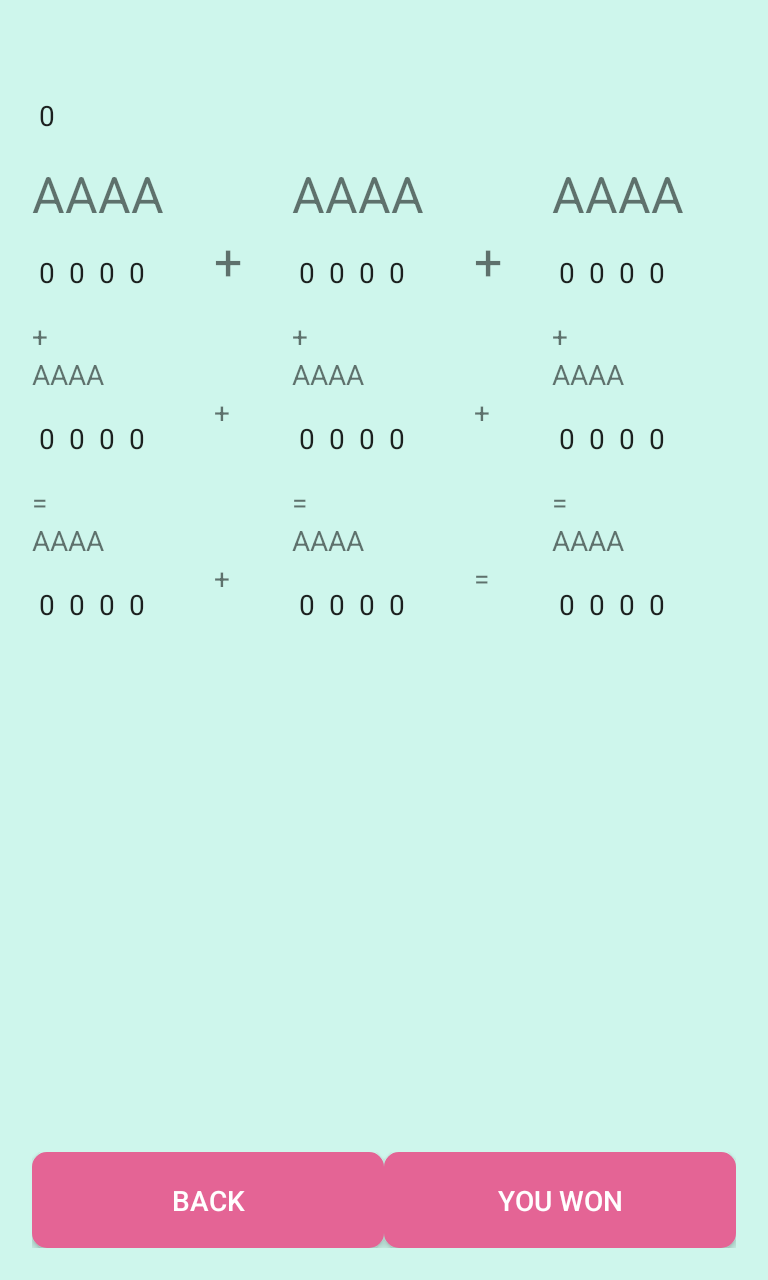
Repository: jelleswester/Breinbreker
Layout: Breinbreker/res/layout/activity_game_play.xml
An editor plug-in stored every save of this project. The layout is shown before and after the next save, followed by the edit.
It is drawn on a 768 x 1280 px phone screen (xhdpi) without system bars, with theme AppTheme; the app's code is not run.

Above is the layout before, as saved 2015-01-23 09:10:01.

After the next save:
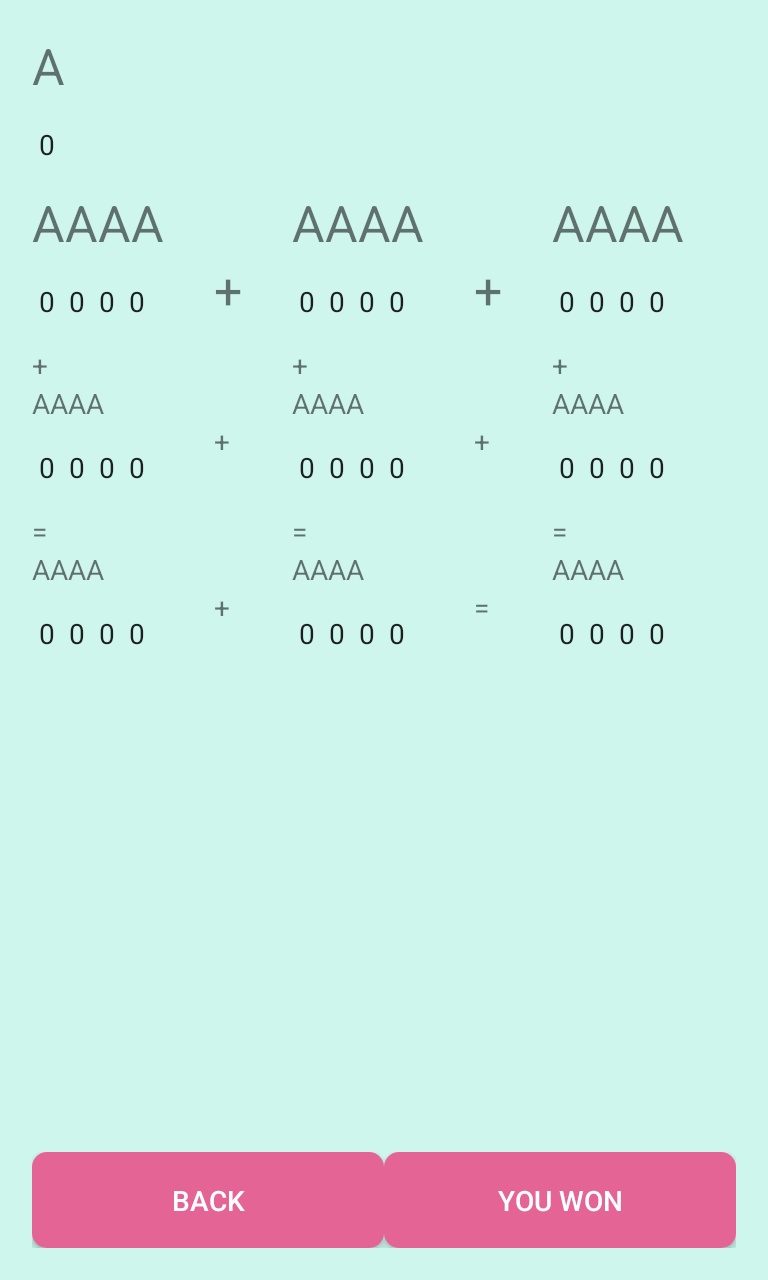
Saved 25 s later.
--- a/Breinbreker/res/layout/activity_game_play.xml
+++ b/Breinbreker/res/layout/activity_game_play.xml
@@ -23,7 +23,9 @@
 
                 <TextView
                     android:layout_width="wrap_content"
-                    android:layout_height="wrap_content" />
+                    android:layout_height="wrap_content"
+                    android:text="A"
+                    android:textSize="25sp" />
 
                 <NumberPicker
 			        android:layout_width="30px"
